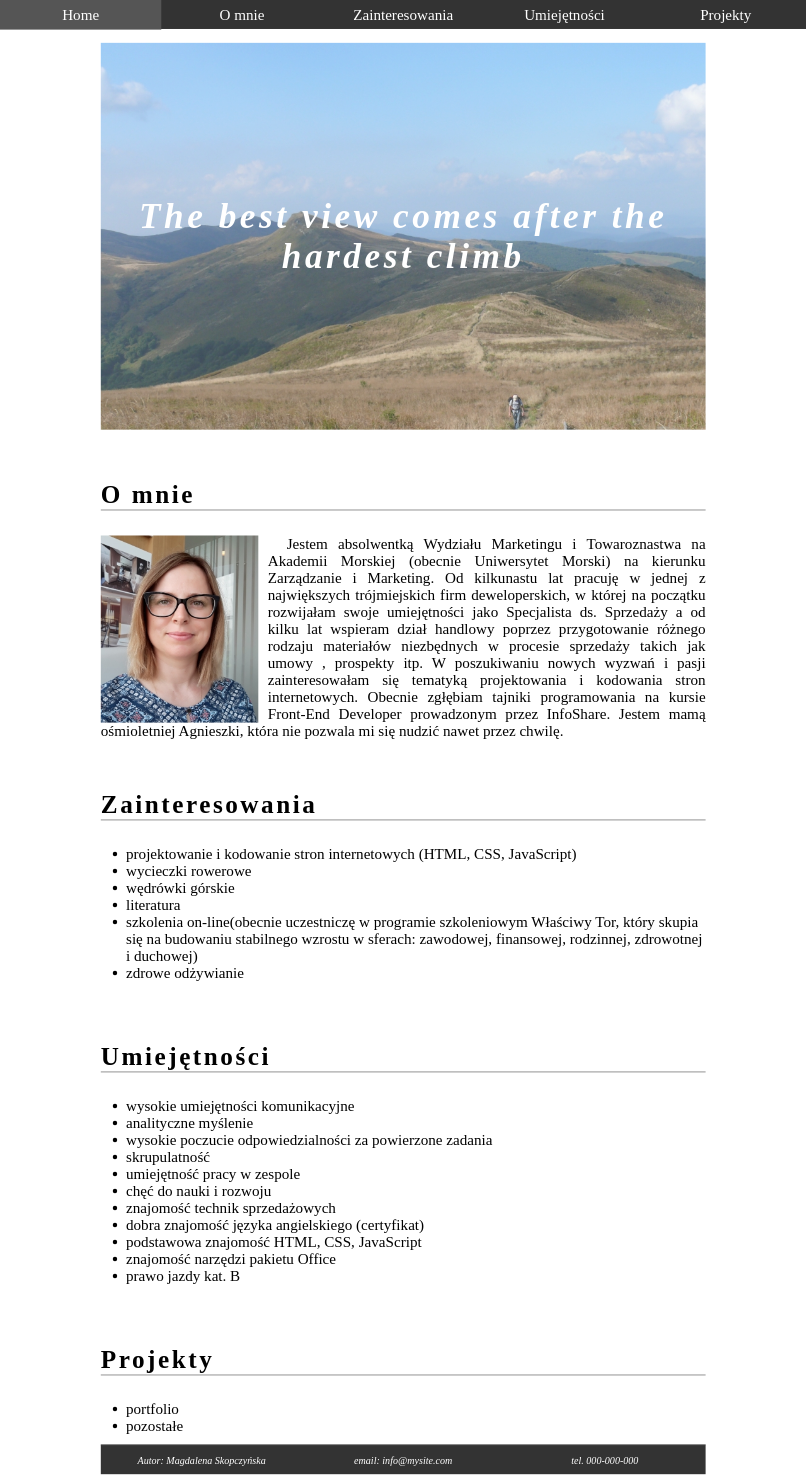
Repository: MagJaw/portfolio
Page: portfolio.html
An editor plug-in stored every save of this project. The page is shown before and after the next save, followed by the edit.
The browser window is 1280 px wide. The pictures show the whole page, at 63% of full size.

Above is the page before, as saved 2018-11-13 01:05:37.

After the next save:
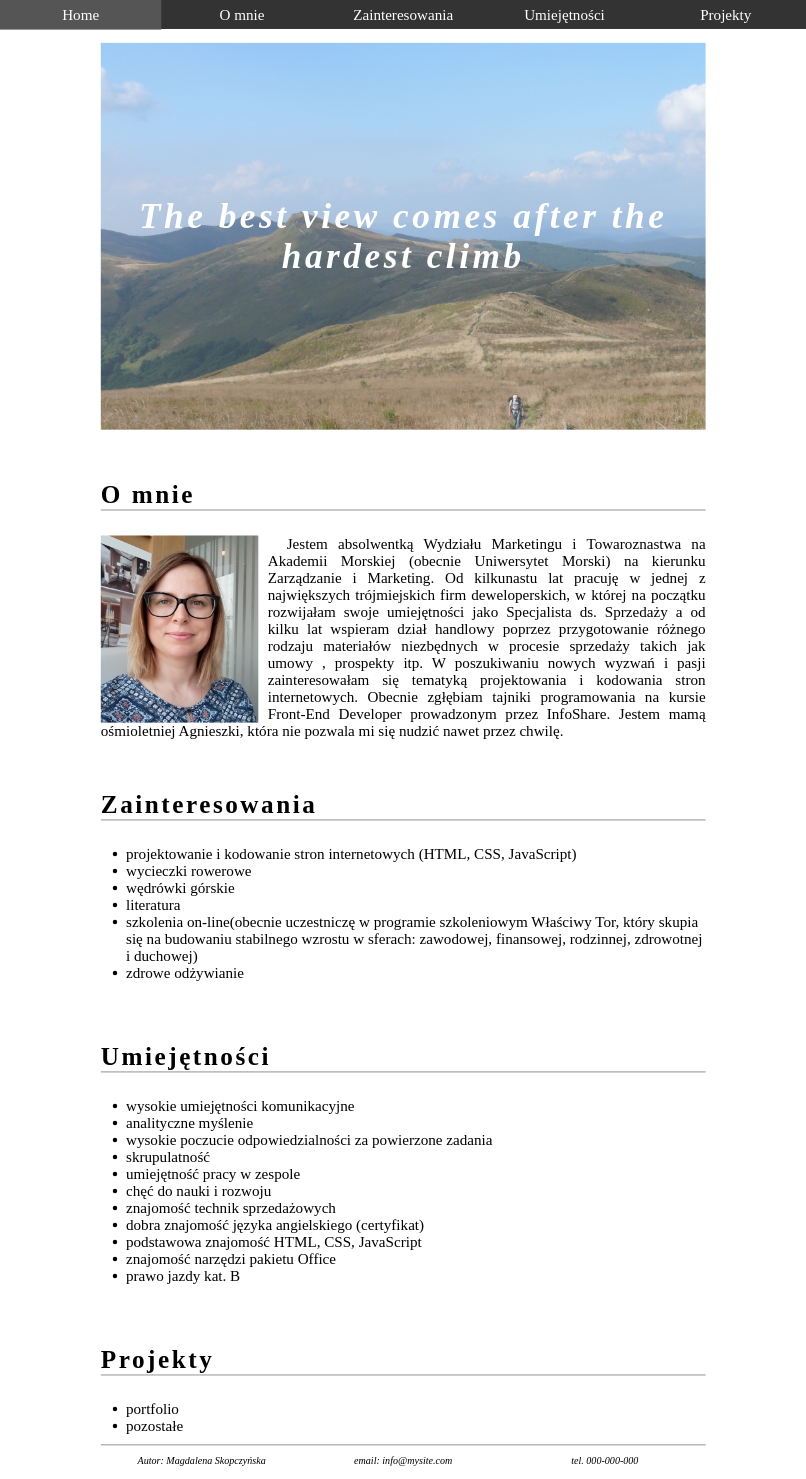
Saved 25 s later.
--- a/main.css
+++ b/main.css
@@ -76,7 +76,6 @@ text-align: justify;
 
 #footer {
 height: 46px;
-background: #333;
 bottom: 0;
 display: flex;
 width: 100%;
@@ -84,7 +83,6 @@ border-top: 1px solid #555;
 }
 
 #footer p {
-color: #fff;
 font-size: 1em;
 font-style: italic;
 display: block;
